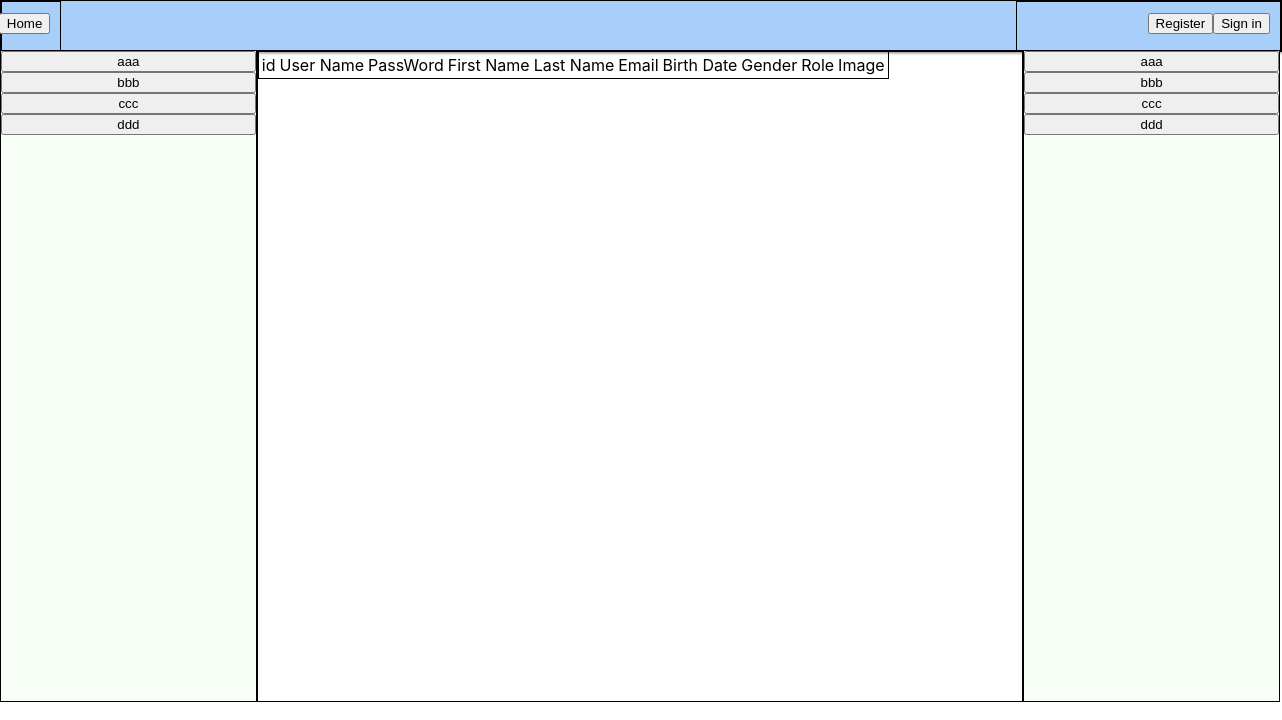
Repository: MichaelSodovski/website-client
Page: /users
These files come from the project's save history. The page is drawn as it stood at one moment and after the next save; the edit follows.
The browser window is 1280 px wide. The page is 1282 px wide, so the pictures cover 1282 px, including what lies to the right of the window. The pictures show the whole page.
The page's requests for data from a server got no answer. The project was rebuilt for these pictures with package versions that can differ from the ones it lists, and the page was loaded fresh each time. No one was signed in, and anything a server would have sent is missing. Also part of the build but not shown: src/components/home/home.component.jsx, src/components/register/register.component.css, src/components/payment-info/payment.component.css, src/components/payment-info/payment.component.js, src/components/register/register.component.jsx, src/components/signIn/signIn.component.css, src/components/signIn/signIn.component.jsx.

Above is the page before, as saved 2022-05-14 22:19:52.

After the next save:
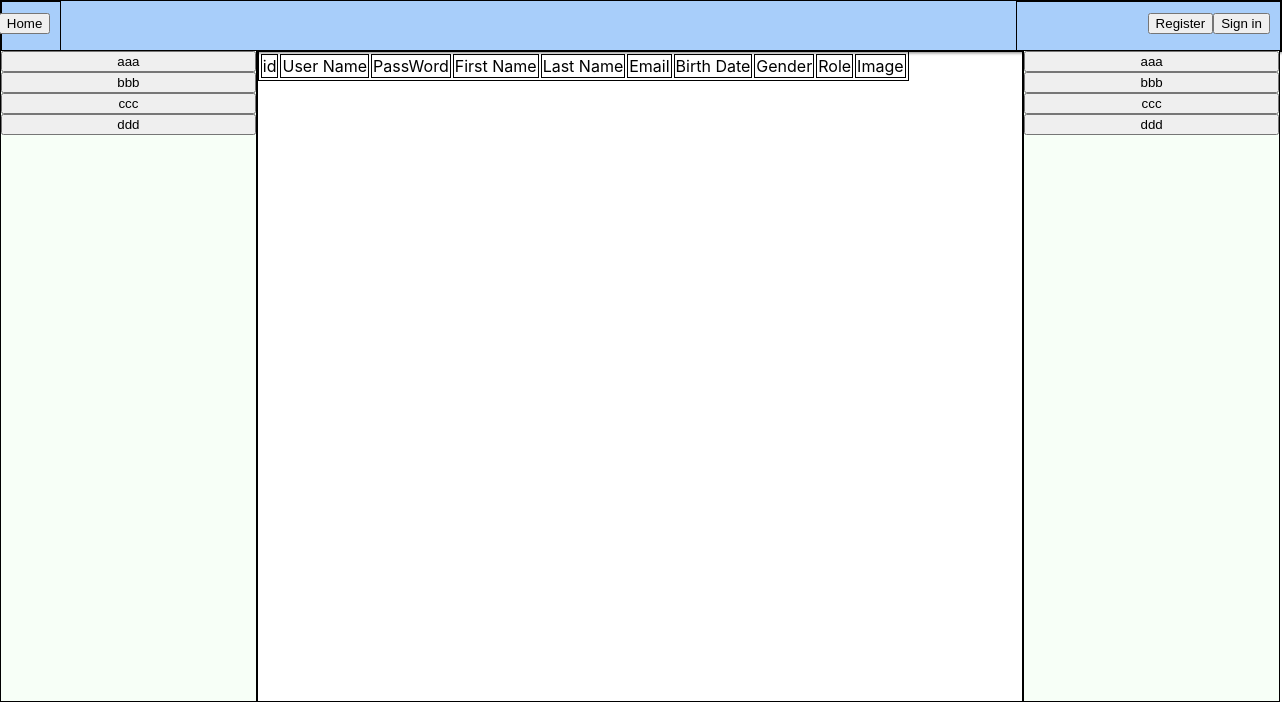
Saved 8 s later.
--- a/src/components/users/users.component.css
+++ b/src/components/users/users.component.css
@@ -2,6 +2,6 @@
     border: 1px solid black;
 }
 
-.table-users > tr {
+.table-users > tr, td {
     border: 1px solid black;
 }

After the save that followed:
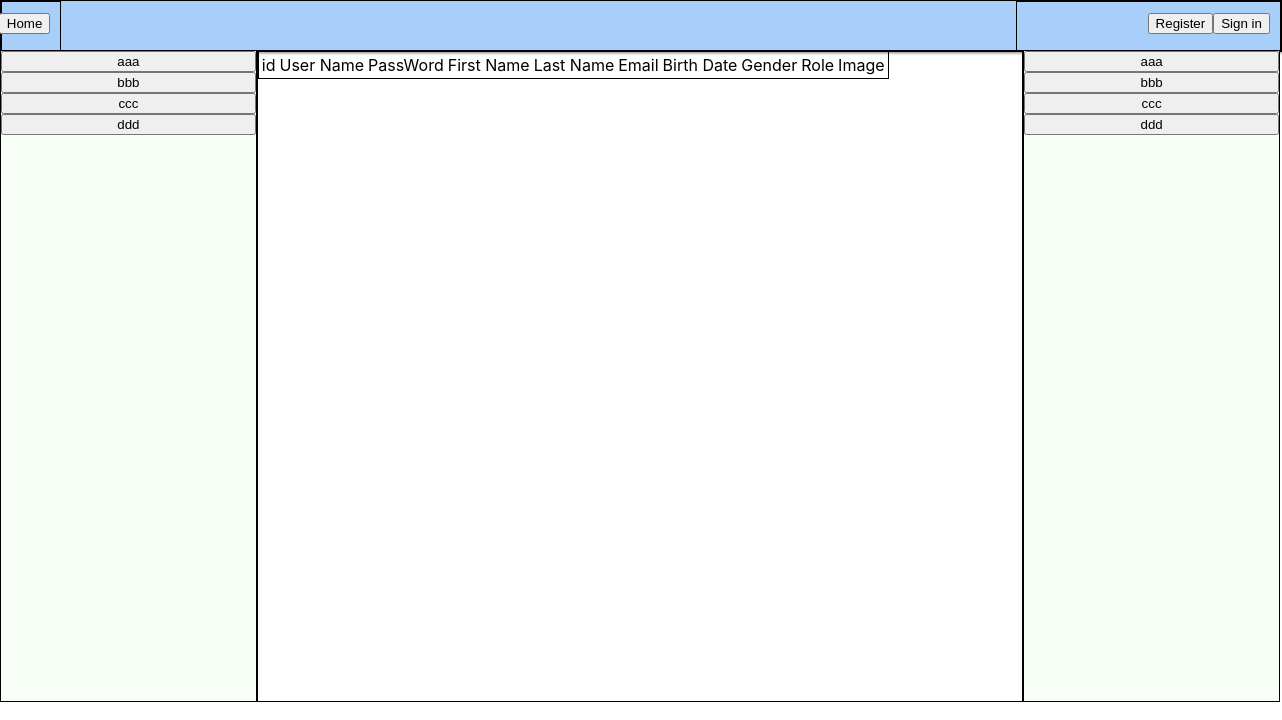
Saved 6 s later.
--- a/src/components/users/users.component.css
+++ b/src/components/users/users.component.css
@@ -2,6 +2,6 @@
     border: 1px solid black;
 }
 
-.table-users > tr, td {
+.table-users > td {
     border: 1px solid black;
 }
